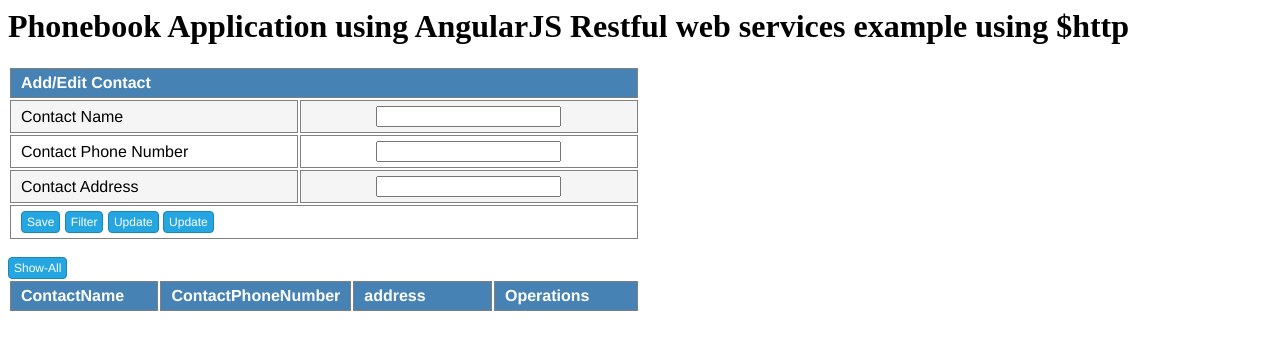
Repository: nagayyaguddadmath/JavaSimpleProjects
Page: simplephonebook/src/main/webapp/CRUDContacts.html
An editor plug-in stored every save of this project. The page is shown before and after the next save, followed by the edit.
The browser window is 1280 px wide. The pictures show the whole page.
The page's requests for data from a server got no answer.

Above is the page before, as saved 2017-10-22 12:11:54.

### simplephonebook/src/main/webapp/CRUDContacts.html

<html ng-app="manage">
<head>


<title>Nagayya's PhoneBook Application</title>

<script src="angular.min.js"></script>
<script src="contact.js"></script>


<style>
.blue-button {
	background: #25A6E1;
	filter: progid: DXImageTransform.Microsoft.gradient( startColorstr='#25A6E1',
		endColorstr='#188BC0', GradientType=0);
	padding: 3px 5px;
	color: #fff;
	font-family: 'Helvetica Neue', sans-serif;
	font-size: 12px;
	border-radius: 2px;
	-moz-border-radius: 2px;
	-webkit-border-radius: 4px;
	border: 1px solid #1A87B9
}

.red-button {
	background: #CD5C5C;
	padding: 3px 5px;
	color: #fff;
	font-family: 'Helvetica Neue', sans-serif;
	font-size: 12px;
	border-radius: 2px;
	-moz-border-radius: 2px;
	-webkit-border-radius: 4px;
	border: 1px solid #CD5C5C
}

table {
	font-family: "Helvetica Neue", Helvetica, sans-serif;
	width: 50%;
}

caption {
	text-align: left;
	color: silver;
	font-weight: bold;
	text-transform: uppercase;
	padding: 5px;
}

th {
	background: SteelBlue;
	color: white;
}

tbody tr:nth-child(even) {
	background: WhiteSmoke;
}

tbody tr td:nth-child(2) {
	text-align: center;
}

tbody tr td:nth-child(3), tbody tr td:nth-child(4) {
	text-align: center;
	font-family: monospace;
}

tfoot {
	background: SeaGreen;
	color: white;
	text-align: right;
}

tfoot tr th:last-child {
	font-family: monospace;
}

td, th {
	border: 1px solid gray;
	width: 25%;
	text-align: left;
	padding: 5px 10px;
}
</style>
<head>
<body>
	<h1>Phonebook Application using AngularJS Restful web services example using $http</h1>
	<div ng-controller="ContactController">

		<form>
			<table>

				<tr>
					<th colspan="2">Add/Edit Contact</th>
				</tr>
				<tr>
					<td>Contact Name</td>
					<td><input type="text" ng-model="contactForm.name" /></td>
				</tr>
				<tr>
					<td>Contact Phone Number</td>
					<td><input type="text" ng-model="contactForm.phone_number" /></td>
				</tr>
				<tr>
					<td>Contact Address</td>
					<td><input type="text" ng-model="contactForm.address" /></td>
				</tr>
				<tr>
					<td colspan="2">
					<button ng-click="submitContact()"  class="blue-button" >Save</button>
					<button ng-click="submitFilter()" class="blue-button" >Filter</button>
					<button ng-click="updateContact()" class="blue-button" >Update</button>
					<button ng-click="updateContact()" class="blue-button" >Update</button>

					</td>
				</tr>
			</table>
		</form>

		<table>
			<tr>
					<button ng-click="showAll()" class="blue-button" >Show-All</button>
			</tr>
		</table>


		<table>
			<tr>

				<th>ContactName</th>
				<th>ContactPhoneNumber</th>
				<th>address</th>
				<th>Operations</th>

			</tr>

			<tr ng-repeat="contact in contacts">

				<td>{{ contact.name }}</td>
				<td>{{ contact.phone_number }}</td>
				<td>{{ contact.address }}</td>

				<td>
				<button ng-click="editContact(contact)" class="blue-button">Edit</button>
					| <button ng-click="deleteContact(contact)" class="red-button">Delete</button>
				</td>
			</tr>


		</table>
	</div>



</body>
</html>

### simplephonebook/src/main/webapp/contact.js


var app = angular.module("manage", []);

//Controller Part
app.controller("ContactController", function($scope, $http) {


	$scope.contacts = [];
	$scope.contactForm = {
			id : -1,
			name : "",
			phone_number : "",
			address : ""
	};


	_refreshcontactData();



	$scope.submitContact = function() {
		var method = "";
		var url = "";
		method = "POST";
		url = 'http://localhost:8080/addContact';

		$http({
			method : method,
			url : url,
			data : angular.toJson($scope.contactForm),
			headers : {
				'Content-Type' : 'application/json'
			}
		}).then( _success, _error );

		alert("Operation  completed successfully");
	};


	$scope.submitFilter = function() {
		var method = "";
		var url = "";

		method = "POST";
		url = 'http://localhost:8080/searchContacts';

		$http({
			method : method,
			url : url,
			data : angular.toJson($scope.contactForm),
			headers : {
				'Content-Type' : 'application/json'
			}
		}).then(function successCallback(response) {
			$scope.contacts = response.data;
		}, function errorCallback(response) {
			alert(JSON.stringify(response));
			console.log(response.statusText);
		});

	};

	$scope.showAll = function() {

		_refreshcontactData();

	};

	$scope.updateContact = function() {
		var method = "";
		var url = "";

		method = "POST";
		url = 'http://localhost:8080/updateContact';

		$http({
			method : method,
			url : url,
			data : angular.toJson($scope.contactForm),
			headers : {
				'Content-Type' : 'application/json'
			}
		}).then(function successCallback(response) {
			$scope.contacts = response.data;
			_refreshcontactData();
		}, function errorCallback(response) {
			alert(JSON.stringify(response));
			console.log(response.statusText);
		});

	};


	//HTTP DELETE- delete contact by Id
	$scope.deleteContact = function(contact) {

		$scope.contactForm.name = contact.name;
		$scope.contactForm.phone_number = contact.phone_number;
		$scope.contactForm.address = contact.address;

		$http({
			method : 'POST',
			url : 'http://localhost:8080/removeContact',
			data : angular.toJson($scope.contactForm),
			headers : {
				'Content-Type' : 'application/json'
			}
		}).then(_success, _error);
	};

	// In case of edit, populate form fields
	$scope.editContact = function(contact) {

		$scope.contactForm.name = contact.name;
		$scope.contactForm.phone_number = contact.phone_number;
		$scope.contactForm.address = contact.address;

		alert("Please edit above and click on Update button. Please don't edit Name..");
	};


	function _refreshcontactData() {
		$http({
			method : 'GET',
			url : 'http://localhost:8080/getAll'
		}).then(function successCallback(response) {
			$scope.contacts = response.data;
		}, function errorCallback(response) {
			alert(JSON.stringify(response));
			console.log(response.statusText);
		});
	}

	function _success(response) {
		_refreshcontactData();
		_clearFormData()
	}

	function _error(response) {
		alert(JSON.stringify(response));
		console.log(response.statusText);
	}

	//Clear the form
	function _clearFormData() {
		$scope.contactForm.id = -1;
		$scope.contactForm.name = "";
		$scope.contactForm.phone_number = "";
		$scope.contactForm.address = "";

	};

});

Loaded but not shown: simplephonebook/src/main/webapp/angular.min.js (library)

After the next save:
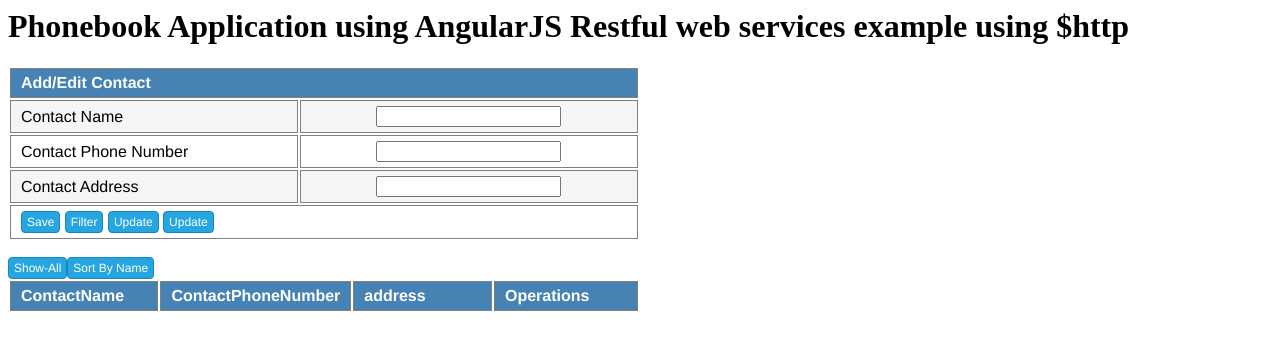
Saved 19 s later.
--- a/simplephonebook/src/main/webapp/CRUDContacts.html
+++ b/simplephonebook/src/main/webapp/CRUDContacts.html
@@ -122,6 +122,7 @@
 		<table>
 			<tr>
 					<button ng-click="showAll()" class="blue-button" >Show-All</button>
+					<button ng-click="showAll()" class="blue-button" >Sort By Name</button>
 			</tr>
 		</table>
 
